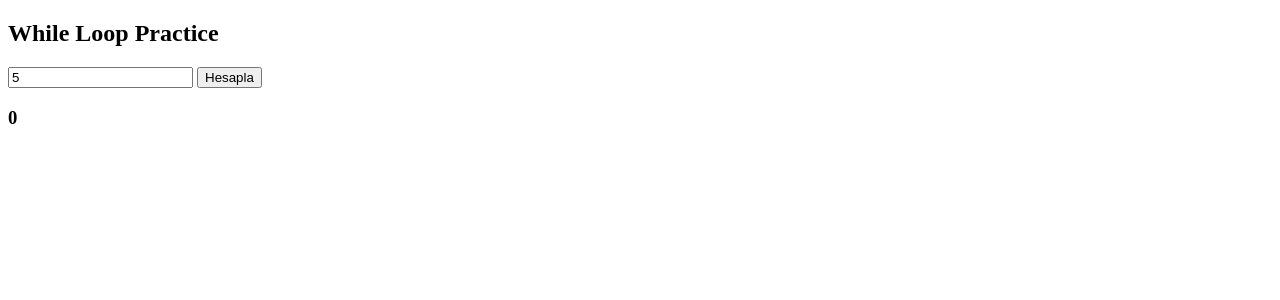
Repository: GorkemTurhan89/jsTutorial
Page: 31-looppractice.html
The author's editor kept a copy of each file at every save. The page is drawn from the files as they stood at one save, then again after the next save.
The browser window is 1280 px wide. The pictures show the whole page.
Empty fields were first filled with sample values (such as "Sample", 5 or name@example.com).
After loading, the first visible `button` was clicked once.

Above is the page before, as saved 2024-06-15 19:53:40.

After the next save:
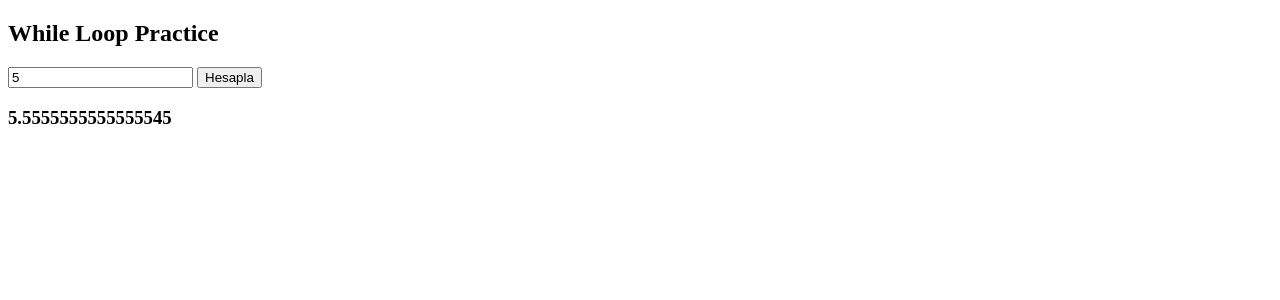
Saved 34 s later.
--- a/31-looppractice.html
+++ b/31-looppractice.html
@@ -27,7 +27,7 @@
         toplam +=digit;
         num = num/10;
        }
-       document.querySelector("#sonuc").innerHTML=num;
+       document.querySelector("#sonuc").innerHTML=toplam;
     }
 </script>
 </html>
